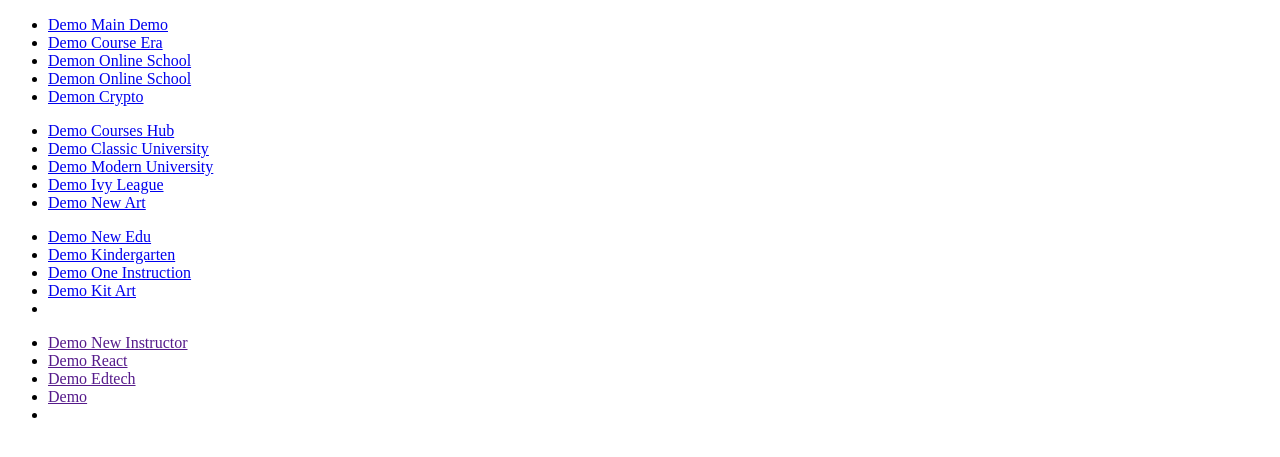
Repository: ibrkhalil/EduWebsite
Page: test.html
The author's editor kept a copy of each file at every save. The page is drawn from the files as they stood at one save, then again after a run of saves.
The browser window is 1280 px wide. The pictures show the whole page.

Above is the page before, as saved 2020-11-18 15:07:08.

After the next 2 saves:
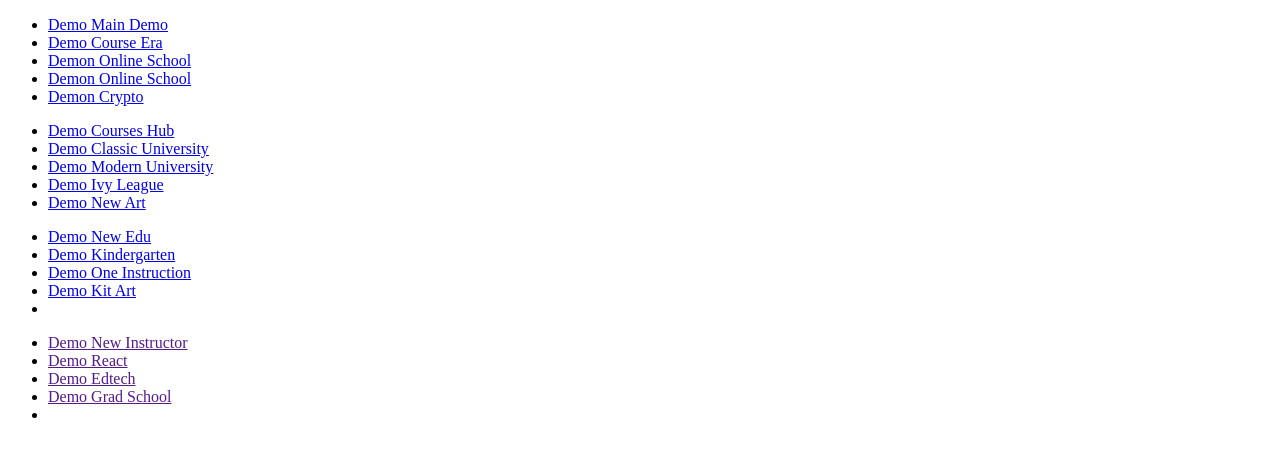
The 2 saves are shown as one change because they came seconds apart.
The last was saved 9 s later.
--- a/test.html
+++ b/test.html
@@ -31,8 +31,8 @@
         <li><a href="">Demo New Instructor</a></li>
         <li><a href="">Demo React</a></li>
         <li><a href="">Demo Edtech</a></li>
-        <li><a href="">Demo </a></li>
-        <li></li>
+        <li><a href="">Demo Grad School</a></li>
+        <li><a href=""></a></li>
     </ul>
 </body>
 </html>
